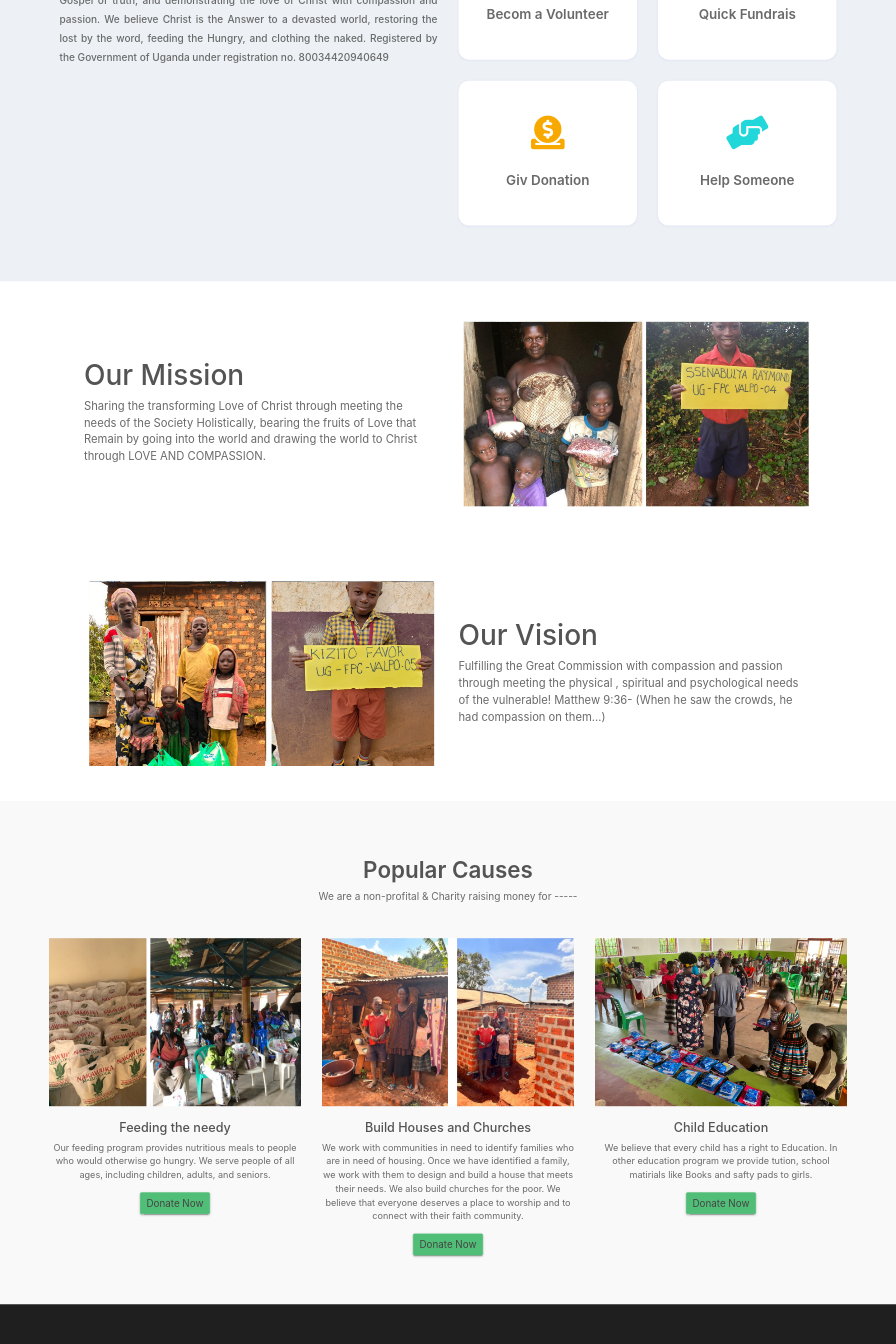
Repository: kluivert-ssali/Zziwa
Page: index.html
The author's editor kept a copy of each file at every save. The page is drawn from the files as they stood at one save, then again after the next save.
The browser window is 1280 px wide. The pictures show the part of the page from y = 1145 to 3065 px (the page is 5257 px tall), at 70% of full size.
Pictures or frames that could not be fetched are drawn as grey boxes. A picture or video elsewhere on the page could not be fetched, so the positions and the page height are approximate. Backgrounds fixed to the window are drawn as part of the page.

Above is the page before, as saved 2023-11-24 19:31:20.

### index.html
<!DOCTYPE html>
<html lang="en">
  <head>
    <meta charset="utf-8" />
    <link
      rel="shortcut icon"
      type="x-icon"
      sizes="64x64"
      href="./Logo/ziwaWEB2.0.svg"
    />
    <meta
      name="viewport"
      content="width=device-width, initial-scale=1, shrink-to-fit=no"
    />
    <title>TinasheChristianMinistry</title>
    <link
      rel="shortcut icon"
      href="assets/images/fav.png"
      type="image/x-icon"
    />
    <link
      href="https://fonts.googleapis.com/css2?family=Ubuntu:wght@400;500&display=swap"
      rel="stylesheet"
    />
    <link rel="shortcut icon" href="assets/images/fav.jpg" />
    <link rel="stylesheet" href="assets/css/bootstrap.min.css" />
    <link rel="stylesheet" href="assets/css/all.min.css" />
    <link rel="stylesheet" href="assets/css/animate.css" />
    <link
      rel="stylesheet"
      href="assets/plugins/slider/css/owl.carousel.min.css"
    />
    <link
      rel="stylesheet"
      href="assets/plugins/slider/css/owl.theme.default.css"
    />
    <link rel="stylesheet" type="text/css" href="assets/css/style.css" />
  </head>
  <body>
    <header class="continer-fluid">
      <div class="header-top">
        <div class="container">
          <div class="row col-det">
            <div class="col-lg-6 d-none d-lg-block">
              <ul class="ulleft">
                <li>
                  <i class="far fa-envelope"></i>
                  TinasheChristianMinistry@gmail.com
                  <span>|</span>
                </li>
                <li>
                  <i class="fas fa-phone-volume"></i>
                  +256 755 539 122
                </li>
              </ul>
            </div>
            <div class="col-lg-3 col-md-6 folouws">
              <ul class="ulright">
                <li><small>Folow Us </small>:</li>
                <li>
                  <i class="fab fa-facebook-square"></i>
                </li>
                <li>
                  <i class="fab fa-twitter-square"></i>
                </li>
                <li>
                  <i class="fab fa-instagram"></i>
                </li>
                <li>
                  <i class="fab fa-linkedin"></i>
                </li>
              </ul>
            </div>
            <div class="col-lg-3 d-none d-md-block col-md-6 btn-bhed">
              <button class="btn btn-sm btn-success">
                <a
                  href="https://flutterwave.com/donate/cqvprj4q11oa"
                  target="_blank"
                  >Donate</a
                >
              </button>
            </div>
          </div>
        </div>
      </div>
      <div id="menu-jk" class="header-bottom">
        <div class="container">
          <div class="row nav-row">
            <div class="col-lg-3 col-md-12 logo">
              <a href="index.html">
                <img src="assets/images/TCM.png" alt="" />
                <a data-toggle="collapse" data-target="#menu" href="#menu"
                  ><i class="fas d-block d-lg-none small-menu fa-bars"></i
                ></a>
              </a>
            </div>
            <div id="menu" class="col-lg-9 col-md-12 d-none d-lg-block nav-col">
              <ul class="navbad">
                <li class="nav-item active">
                  <a class="nav-link" href="index.html">Home </a>
                </li>
                <li class="nav-item">
                  <a class="nav-link" href="about_us.html">About Us</a>
                </li>
                <li class="nav-item">
                  <a class="nav-link" href="services.html">Services</a>
                </li>

                <li class="nav-item">
                  <a class="nav-link" href="gallery.html">Gallery</a>
                </li>

                <li class="nav-item">
                  <a class="nav-link" href="blog.html">Blog</a>
                </li>
                <li class="nav-item">
                  <a class="nav-link" href="contact_us.html">Contact US</a>
                </li>
              </ul>
            </div>
          </div>
        </div>
      </div>
    </header>

    <!-- ******************** Slider Starts Here ******************* -->
    <div class="slider">
      <!-- Set up your HTML -->
      <div class="owl-carousel">
        <div class="slider-img">
          <div class="item">
            <div class="slider-img">
              <img src="assets/images/slider/slider2.png" alt="" />
            </div>
            <div class="container">
              <div class="row">
                <div
                  class="col-lg-offset-2 col-lg-8 col-md-offset-2 col-md-8 col-sm-12 col-xs-12"
                >
                  <div class="animated bounceInDown slider-captions">
                    <h1 class="slider-title">
                      Together, we can make the world a better place.
                    </h1>
                  </div>
                </div>
              </div>
            </div>
          </div>
        </div>
        <div class="item">
          <div class="slider-img">
            <img src="assets/images/slider/slider1.png" alt="" />
          </div>
          <div class="container">
            <div class="row">
              <div
                class="col-lg-offset-2 col-lg-8 col-md-offset-2 col-md-8 col-sm-12 col-xs-12"
              >
                <div class="slider-captions">
                  <h1 class="slider-title">Your donation can change lives.</h1>
                </div>
              </div>
            </div>
          </div>
        </div>
        <div class="item">
          <div class="slider-img">
            <img src="assets/images/slider/slider3.png" alt="" />
          </div>
          <div class="container">
            <div class="row">
              <div
                class="col-lg-offset-2 col-lg-8 col-md-offset-2 col-md-8 col-sm-12 col-xs-12"
              >
                <div class="slider-captions">
                  <h1 class="slider-title">Help us make a difference.</h1>
                </div>
              </div>
            </div>
          </div>
        </div>
      </div>
    </div>

    <!--  ************************* About Us Starts Here ************************** -->

    <div class="about-us container-fluid">
      <div class="container">
        <div class="row natur-row no-margin w-100">
          <div class="text-part col-md-6">
            <h2>About Our Charity</h2>
            <p>
              A Christian-based nonprofit organization aimed at transforming
              communities through sharing the practical love of Christ,
              preaching the Gospel of truth, and demonstrating the love of
              Christ with compassion and passion. We believe Christ is the
              Answer to a devasted world, restoring the lost by the word,
              feeding the Hungry, and clothing the naked. Registered by the
              Government of Uganda under registration no. 80034420940649
            </p>
            <!-- <p>
              We work with communities in need to identify their most pressing
              needs. Once we have a good understanding of the situation, we
              develop programs and initiatives to address those needs.
            </p>

            <p>
              Our food programs provide meals to people who would otherwise go
              hungry. We also provide education programs to help children get
              the education they need to succeed in life. And, we build houses
              for poor single mothers to give them a safe and stable place to
              live. We are committed to making a difference in the lives of the
              people we serve. We believe that everyone has the potential to
              reach their full potential, and we are here to help them achieve
              their goals.
            </p> -->
          </div>
          <div class="image-part col-md-6">
            <div class="about-quick-box row">
              <div class="col-md-6">
                <div class="about-qcard">
                  <i class="fas fa-user"></i>
                  <p>Becom a Volunteer</p>
                </div>
              </div>
              <div class="col-md-6">
                <div class="about-qcard">
                  <i class="fas fa-search-dollar red"></i>
                  <p>Quick Fundrais</p>
                </div>
              </div>
              <div class="col-md-6">
                <div class="about-qcard">
                  <i class="fas fa-donate yell"></i>
                  <p>Giv Donation</p>
                </div>
              </div>
              <div class="col-md-6">
                <div class="about-qcard">
                  <i class="fas fa-hands-helping blu"></i>
                  <p>Help Someone</p>
                </div>
              </div>
            </div>
          </div>
        </div>
      </div>
    </div>

    <!-- ################# Mission Vision Start Here #######################--->

    <section class="container-fluid mission-vision">
      <div class="container">
        <div class="row mission">
          <div class="col-md-6 mv-det">
            <h1>Our Mission</h1>
            <p>
              Sharing the transforming Love of Christ through meeting the needs
              of the Society Holistically, bearing the fruits of Love that
              Remain by going into the world and drawing the world to Christ
              through LOVE AND COMPASSION.
            </p>
          </div>
          <div class="col-md-6 mv-img">
            <img src="assets/images/check.png" alt="" />
          </div>
        </div>
        <div class="row vision">
          <div class="col-md-6 mv-img">
            <img src="assets/images/v2.png" alt="" />
          </div>
          <div class="col-md-6 mv-det">
            <h1>Our Vision</h1>
            <p>
              Fulfilling the Great Commission with compassion and passion
              through meeting the physical , spiritual and psychological needs
              of the vulnerable! Matthew 9:36- (When he saw the crowds, he had
              compassion on them…)
            </p>
          </div>
        </div>
      </div>
    </section>

    <!-- ################# Events Start Here#######################--->
    <section class="events">
      <div class="container">
        <div class="session-title row">
          <h2>Popular Causes</h2>
          <p>We are a non-profital & Charity raising money for -----</p>
        </div>
        <div class="event-ro row">
          <div class="col-md-4 col-sm-6">
            <div class="event-box">
              <img src="assets/images/events/Feeding.png" alt="" />
              <h4>Feeding the needy</h4>
              <p class="desic">
                Our feeding program provides nutritious meals to people who
                would otherwise go hungry. We serve people of all ages,
                including children, adults, and seniors.
              </p>
              <button class="btn btn-success btn-sm">
                <a
                  href="https://flutterwave.com/donate/cqvprj4q11oa"
                  target="_blank"
                  >Donate Now</a
                >
              </button>
            </div>
          </div>
          <div class="col-md-4 col-sm-6">
            <div class="event-box">
              <img src="assets/images/events/House2.png" alt="" />
              <h4>Build Houses and Churches</h4>
              <p class="desic">
                We work with communities in need to identify families who are in
                need of housing. Once we have identified a family, we work with
                them to design and build a house that meets their needs. We also
                build churches for the poor. We believe that everyone deserves a
                place to worship and to connect with their faith community.
              </p>
              <button class="btn btn-success btn-sm">
                <a
                  href="https://flutterwave.com/donate/cqvprj4q11oa"
                  target="_blank"
                  >Donate Now</a
                >
              </button>
            </div>
          </div>
          <div class="col-md-4 col-sm-6">
            <div class="event-box">
              <img src="assets/images/events/payer1.png" alt="" />
              <h4>Child Education</h4>
              <p class="desic">
                We believe that every child has a right to Education. In other
                education program we provide tution, school matirials like Books
                and safty pads to girls.
              </p>
              <button class="btn btn-success btn-sm">
                <a
                  href="https://flutterwave.com/donate/cqvprj4q11oa"
                  target="_blank"
                  >Donate Now</a
                >
              </button>
            </div>
          </div>
        </div>
      </div>
    </section>

    <!-- ################# Charity Number Starts Here#######################--->

    <div class="doctor-message">
      <div class="inner-lay">
        <div class="container">
          <div class="row session-title">
            <h2>Our Achievemtns in Numbers</h2>
            <p>
              We can talk for a long time about advantages of our Dental clinic
              before other medical treatment facilities. But you can read the
              following facts in order to make sure of all pluses of our clinic:
            </p>
          </div>
          <div class="row">
            <div class="col-sm-3 numb">
              <h3>12+</h3>
              <span>YEARS OF EXPEREANCE</span>
            </div>
            <div class="col-sm-3 numb">
              <h3>1812+</h3>
              <span>HAPPY CHILDRENS</span>
            </div>
            <div class="col-sm-3 numb">
              <h3>52+</h3>
              <span>EVENTS</span>
            </div>
          </div>
        </div>
      </div>
    </div>

    <!--################### Our Team Starts Here #######################--->
    <section class="our-team team-11">
      <div class="container">
        <div class="session-title row">
          <h2>Meet our Team</h2>
          <p></p>
        </div>
        <div class="row team-row">
          <div class="col-md-3 col-sm-6">
            <div class="single-usr">
              <img src="assets/images/team/" alt="" />
              <div class="det-o">
                <h4>ziwa franics</h4>
                <i>CEO </i>
              </div>
            </div>
          </div>
          <div class="col-md-3 col-sm-6">
            <div class="single-usr">
              <img src="assets/images/team/" alt="" />
              <div class="det-o">
                <h4>David Kanuel</h4>
                <i>CFO</i>
              </div>
            </div>
          </div>
          <div class="col-md-3 col-sm-6">
            <div class="single-usr">
              <img src="assets/images/team/" alt="" />
              <div class="det-o">
                <h4>David Kanuel</h4>
                <i>Team Leader</i>
              </div>
            </div>
          </div>
          <div class="col-md-3 col-sm-6">
            <div class="single-usr">
              <img src="assets/images/team/" alt="" />
              <div class="det-o">
                <h4>David Kanuel</h4>
                <i>Project Manager</i>
              </div>
            </div>
          </div>
        </div>
      </div>
    </section>

    <!-- ################# Our Blog Starts Here#######################--->

    <section class="our-blog">
      <div class="container">
        <div class="row session-title">
          <h2>Our Blog</h2>
          <p>Take a look at Our lastest activities</p>
        </div>
        <div class="blog-row row">
          <div class="col-md-4 col-sm-6">
            <div class="single-blog">
              <figure>
                <img src="assets/images/events/pads.png" alt="" />
              </figure>
              <div class="blog-detail">
                <small>By Admin | August 10 2023</small>
                <h4>Menstrual Pads</h4>
                <p>
                  We distribute menstrual pads to women and girls in a variety
                  of ways. We work with schools to provide pads to students. We
                  also work with community centers and other organizations to
                  provide pads to women and girls in the community.
                </p>
                <div class="link">
                  <a href="./blog.html">Read more </a
                  ><i class="fas fa-long-arrow-alt-right"></i>
                </div>
              </div>
            </div>
          </div>
          <div class="col-md-4 col-sm-6">
            <div class="single-blog">
              <figure>
                <img src="assets/images/events/payer.png" alt="" />
              </figure>
              <div class="blog-detail">
                <small>By Admin | September 1 2023</small>
                <h4>Youth&Teens Bible studies</h4>
                <p>
                  Youth and teen Bible studies are a great way for young people
                  to learn about the Bible, grow in their faith, and connect
                  with other Christians.
                </p>
                <div class="link">
                  <a href="./blog.html">Read more </a
                  ><i class="fas fa-long-arrow-alt-right"></i>
                </div>
              </div>
            </div>
          </div>
          <div class="col-md-4 col-sm-6">
            <div class="single-blog">
              <figure>
                <img src="assets/images/events/image_03.jpg" alt="" />
              </figure>
              <div class="blog-detail">
                <small>By Admin | August 13 2023</small>
                <h4>Sunday Schools</h4>
                <p>
                  unday schools teach children and young people about the Bible,
                  Christian doctrine, and morality. They also provide a place
                  for children and young people to socialize and to connect with
                  other Christians.
                </p>
                <div class="link">
                  <a href="./blog.html">Read more </a
                  ><i class="fas fa-long-arrow-alt-right"></i>
                </div>
              </div>
            </div>
          </div>
        </div>
      </div>
    </section>

    <footer class="footer">
      <div class="container">
        <div class="row">
          <div class="col-md-4 col-sm-12">
            <h2>About Us</h2>
            <p>
              We are a charity that helps to feed the poor, educate children,
              and build houses for poor single mothers. We believe that everyone
              deserves a chance to live a happy and fulfilling life, regardless
              of their circumstances.
            </p>
            <p></p>
          </div>
          <div class="col-md-4 col-sm-12">
            <h2>Useful Links</h2>
            <ul class="list-unstyled link-list">
              <li>
                <a ui-sref="about" href="#/about">About us</a
                ><i class="fa fa-angle-right"></i>
              </li>
              <li>
                <a ui-sref="portfolio" href="#/portfolio">Portfolio</a
                ><i class="fa fa-angle-right"></i>
              </li>
              <li>
                <a ui-sref="products" href="#/products">Latest jobs</a
                ><i class="fa fa-angle-right"></i>
              </li>
              <li>
                <a ui-sref="gallery" href="#/gallery">Gallery</a
                ><i class="fa fa-angle-right"></i>
              </li>
              <li>
                <a ui-sref="contact" href="#/contact">Contact us</a
                ><i class="fa fa-angle-right"></i>
              </li>
            </ul>
          </div>
          <div class="col-md-4 col-sm-12 map-img">
            <h2>Contact Us</h2>
            <address class="md-margin-bottom-40">
              Nansana <br />
              Kibwa (Wakiso District) <br />
              Hoima Road <br />
              Phone: +256 755 539 122 <br />
              Email:
              <a href="TinasheChristianMinistry@gmail.com " class=""
                >TinasheChristianMinistry@gmail.com </a
              ><br />
            </address>
          </div>
        </div>

        <div class="nav-box row clearfix">
          <div class="inner col-md-9 clearfix">
            <ul class="footer-nav clearfix">
              <li><a href="#">Home</a></li>
              <li><a href="#">About</a></li>
              <li><a href="#">Gallery</a></li>
              <li><a href="#">Servies</a></li>
              <li><a href="#">Blog</a></li>
              <li><a href="#">Contact</a></li>
            </ul>
          </div>
          <div class="donate-link col-md-3">
            <a
              class="btn btn-primary"
              href="https://flutterwave.com/donate/cqvprj4q11oa"
              target="_blank"
              ><span class="btn-title">Donate Now</span></a
            >
          </div>
        </div>
      </div>
    </footer>
    <div class="copy">
      <div class="container">
        <a
          href="https://kluivertssali.netlify.app"
          target="_blank"
          style="color: blue"
          >2023 &copy; All Rights Reserved | Designed and Developed by Ssali
          Kluivert</a
        >

        <span>
          <a><i class="fab fa-github"></i></a>
          <a><i class="fab fa-google-plus-g"></i></a>
          <a><i class="fab fa-pinterest-p"></i></a>
          <a><i class="fab fa-twitter"></i></a>
          <a><i class="fab fa-facebook-f"></i></a>
        </span>
      </div>
    </div>
  </body>

  <script src="assets/js/jquery-3.2.1.min.js"></script>
  <script src="assets/js/popper.min.js"></script>
  <script src="assets/js/bootstrap.min.js"></script>
  <script src="assets/plugins/scroll-fixed/jquery-scrolltofixed-min.js"></script>
  <script src="assets/plugins/slider/js/owl.carousel.min.js"></script>
  <script src="assets/js/script.js"></script>
</html>

Loaded but not shown: assets/css/bootstrap.min.css (library); assets/css/all.min.css (library); assets/css/animate.css (library); assets/plugins/slider/css/owl.carousel.min.css (library); assets/plugins/slider/css/owl.theme.default.css (common file); assets/js/jquery-3.2.1.min.js (library); assets/js/popper.min.js (library); assets/js/bootstrap.min.js (library); assets/plugins/scroll-fixed/jquery-scrolltofixed-min.js (library); assets/plugins/slider/js/owl.carousel.min.js (library); assets/js/script.js (69 lines, source omitted); assets/css/style.css (795 lines, source omitted)

After the next save:
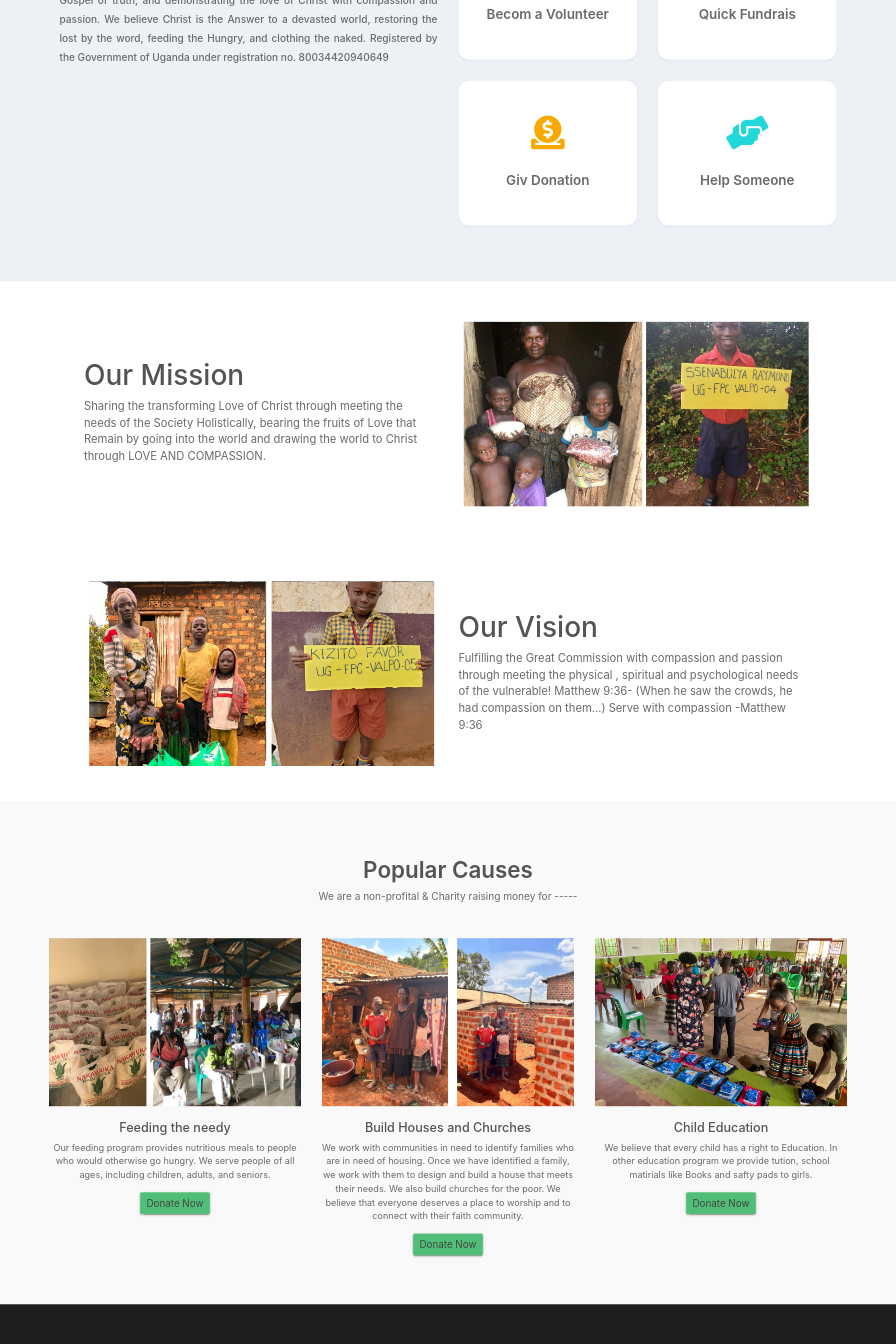
Saved 18 s later.
--- a/index.html
+++ b/index.html
@@ -275,7 +275,7 @@
               Fulfilling the Great Commission with compassion and passion
               through meeting the physical , spiritual and psychological needs
               of the vulnerable! Matthew 9:36- (When he saw the crowds, he had
-              compassion on them…)
+              compassion on them…) Serve with compassion -Matthew 9:36
             </p>
           </div>
         </div>
